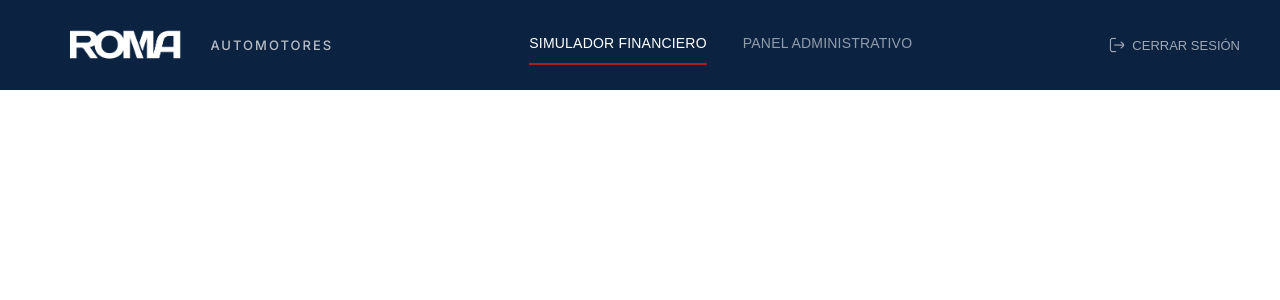
Repository: PPIII-9-012/Roma-System
Page: public/index.html
An editor plug-in stored every save of this project. The page is shown before and after the next save, followed by the edit.
The browser window is 1280 px wide. The pictures show the whole page.

Above is the page before, as saved 2026-08-22 12:43:04.

After the next save:
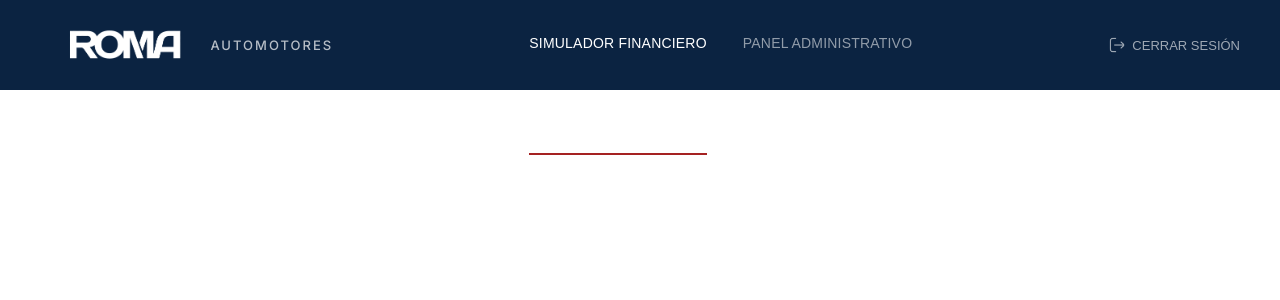
Saved 6 s later.
--- a/public/index.html
+++ b/public/index.html
@@ -75,7 +75,7 @@
             position: absolute;
             left: 0;
             right: 0;
-            bottom: -10px;
+            bottom: -100px;
             height: 2px;
             background: #a52222;
         }
